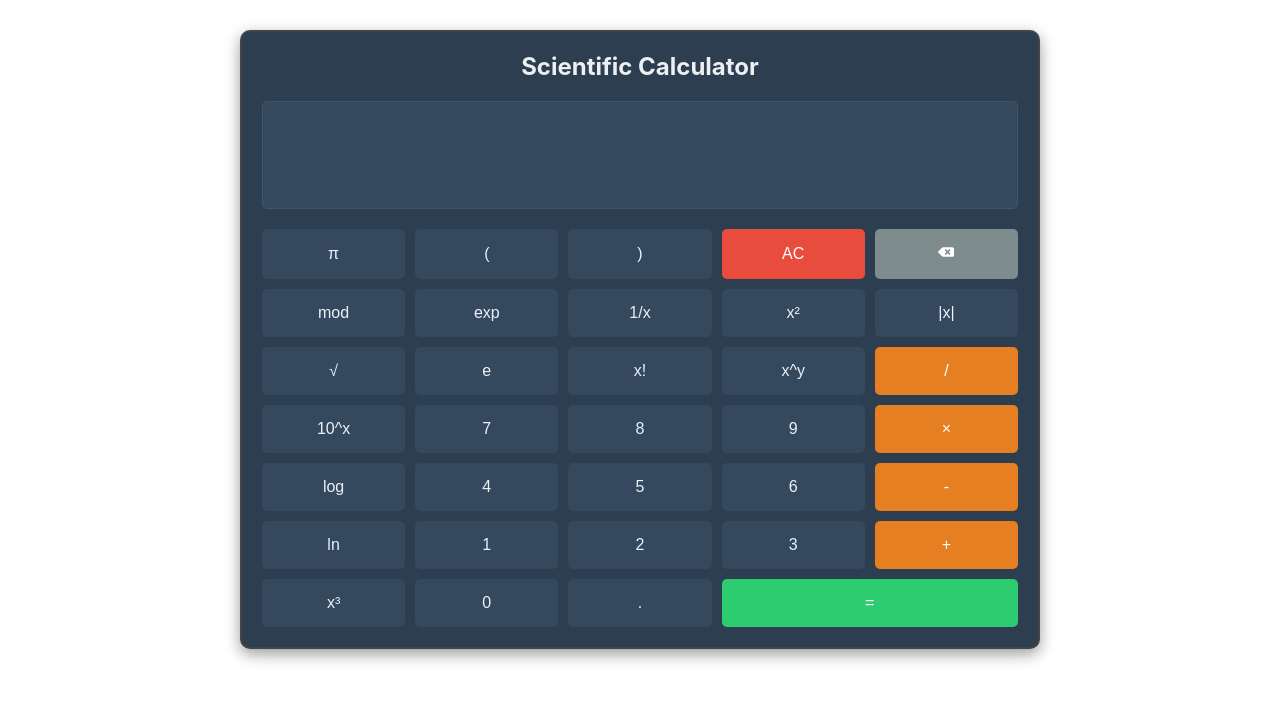
Repository: thesaherriaz/Calculator-React
Page: /
These files come from the project's save history. The page is drawn as it stood at one moment and after a run of saves; the edit follows.
The browser window is 1280 px wide. The pictures show the whole page.
The project was rebuilt for these pictures with package versions that can differ from the ones it lists, and the page was loaded fresh each time.

Above is the page before, as saved 2025-06-20 12:55:05.

### public/index.html
<!DOCTYPE html>
<html lang="en">
  <head>
    <meta charset="utf-8" />
    <link rel="icon" href="%PUBLIC_URL%/favicon.ico" />
    <meta name="viewport" content="width=device-width, initial-scale=1" />
    <meta name="theme-color" content="#000000" />
    <meta
      name="description"
      content="Web site created using create-react-app"
    />
    <link rel="apple-touch-icon" href="%PUBLIC_URL%/logo192.png" />
    <link rel="stylesheet" href="https://cdnjs.cloudflare.com/ajax/libs/font-awesome/6.0.0/css/all.min.css">
    <!--
      manifest.json provides metadata used when your web app is installed on a
      user's mobile device or desktop. See https://developers.google.com/web/fundamentals/web-app-manifest/
    -->
    <link rel="manifest" href="%PUBLIC_URL%/manifest.json" />
    <!--
      Notice the use of %PUBLIC_URL% in the tags above.
      It will be replaced with the URL of the `public` folder during the build.
      Only files inside the `public` folder can be referenced from the HTML.

      Unlike "/favicon.ico" or "favicon.ico", "%PUBLIC_URL%/favicon.ico" will
      work correctly both with client-side routing and a non-root public URL.
      Learn how to configure a non-root public URL by running `npm run build`.
    -->
    <title>React App</title>
  </head>
  <body>
    <noscript>You need to enable JavaScript to run this app.</noscript>
    <div id="root"></div>
    <!--
      This HTML file is a template.
      If you open it directly in the browser, you will see an empty page.

      You can add webfonts, meta tags, or analytics to this file.
      The build step will place the bundled scripts into the <body> tag.

      To begin the development, run `npm start` or `yarn start`.
      To create a production bundle, use `npm run build` or `yarn build`.
    -->
  </body>
</html>

### src/App.js
import React from 'react'
import Calculator from './compnents/Calculator'

function App() {
  return (
    <Calculator />
  )
}

export default App

### src/compnents/Calculator.jsx
import React, { useState } from 'react';
import './Calculator.css';
import { FaBackspace } from "react-icons/fa";

function Calculator() {
    const [input, setInput] = useState('');
    const [result, setResult] = useState('');

    const handleClick = (value) => {
        if (value === 'AC') {
            setInput('');
            setResult('');
        } else if (value === 'DEL') {
            setInput(prev => prev.slice(0, -1));
        } else if (value === '=') {
            calculateResult();
        } else if (value === '√') {
            setInput(prev => `Math.sqrt(${prev})`);
        } else if (value === 'x²') {
            setInput(prev => `Math.pow(${prev},2)`);
        } else if (value === 'x³') {
            setInput(prev => `Math.pow(${prev},3)`);
        } else if (value === 'x^y') {
            setInput(prev => `${prev}^`);
        } else if (value === '1/x') {
            setInput(prev => `1/(${prev})`);
        } else if (value === 'log') {
            setInput(prev => `Math.log10(${prev})`);
        } else if (value === 'ln') {
            setInput(prev => `Math.log(${prev})`);
        } else if (value === 'π') {
            setInput(prev => prev + 'Math.PI');
        } else if (value === 'e') {
            setInput(prev => prev + 'Math.E');
        } else if (value === '10^x') {
            setInput(prev => `Math.pow(10,${prev})`);
        } else if (value === 'x!') {
            setInput(prev => `factorial(${prev})`);
        } else {
            setInput(prev => prev + value);
        }
    };

    const factorial = (n) => {
        if (n < 0) return NaN;
        if (n <= 1) return 1;
        return n * factorial(n - 1);
    };

    const calculateResult = () => {
        try {
            // Replace ^ with ** for exponentiation
            let expression = input.replace(/\^/g, '**');
            // Evaluate the expression
            setResult(eval(expression).toString());
        } catch (error) {
            setResult('Error');
        }
    };

    return (
        <div className="calculator">
            <h1>Scientific Calculator</h1>
            <div className="display">
                <div className="input">{input}</div>
                <div className="result">{result}</div>
            </div>
            <div className="buttons">
                <button onClick={() => handleClick('π')}>π</button>
                <button onClick={() => handleClick('(')}>(</button>
                <button onClick={() => handleClick(')')}>)</button>
                <button onClick={() => handleClick('AC')} className="clear">AC</button>
                <button onClick={() => handleClick('DEL')} className="delete"><FaBackspace /></button>

                <button onClick={() => handleClick('mod')}>mod</button>
                <button onClick={() => handleClick('exp')}>exp</button>
                <button onClick={() => handleClick('1/x')}>1/x</button>
                <button onClick={() => handleClick('x²')}>x²</button>
                <button onClick={() => handleClick('Math.abs()')}>|x|</button>

                <button onClick={() => handleClick('√')}>√</button>
                <button onClick={() => handleClick('e')}>e</button>
                <button onClick={() => handleClick('x!')}>x!</button>
                <button onClick={() => handleClick('x^y')}>x^y</button>
                <button className="operator" onClick={() => handleClick('/')}>/</button>

                <button onClick={() => handleClick('10^x')}>10^x</button>
                <button onClick={() => handleClick('7')}>7</button>
                <button onClick={() => handleClick('8')}>8</button>
                <button onClick={() => handleClick('9')}>9</button>
                <button className="operator" onClick={() => handleClick('*')}>×</button>

                <button onClick={() => handleClick('log')}>log</button>
                <button onClick={() => handleClick('4')}>4</button>
                <button onClick={() => handleClick('5')}>5</button>
                <button onClick={() => handleClick('6')}>6</button>
                <button className="operator" onClick={() => handleClick('-')}>-</button>

                <button onClick={() => handleClick('ln')}>ln</button>

                <button onClick={() => handleClick('1')}>1</button>
                <button onClick={() => handleClick('2')}>2</button>
                <button onClick={() => handleClick('3')}>3</button>
                <button className="operator" onClick={() => handleClick('+')}>+</button>

                <button onClick={() => handleClick('x³')}>x³</button>
                <button onClick={() => handleClick('0')}>0</button>
                <button onClick={() => handleClick('.')}>.</button>
                <button className="equals" onClick={() => handleClick('=')}>=</button>
            </div>
        </div>
    );
}

export default Calculator;

### src/compnents/Calculator.css
*{
    box-sizing: border-box;
    margin: 0;
    padding: 0;
}
.calculator {
    width: 800px;
    margin: 30px auto 0px auto;
    border: 2px solid #444;
    border-radius: 10px;
    padding: 20px;
    background-color: #2c3e50;
    box-shadow: 0 5px 15px rgba(0, 0, 0, 0.4);
    color: white;
}

.calculator h1 {
    text-align: center;
    color: #ecf0f1;
    margin-bottom: 20px;
    font-size: 1.5em;
}

.display {
    background-color: #34495e;
    border: 1px solid #3d566e;
    border-radius: 5px;
    padding: 15px;
    margin-bottom: 20px;
    text-align: right;
    min-height: 70px;
}

.input {
    font-size: 1.2em;
    color: #bdc3c7;
    min-height: 1.2em;
    margin-bottom: 10px;
    word-wrap: break-word;
}

.result {
    font-size: 1.8em;
    font-weight: bold;
    color: #ecf0f1;
    min-height: 1.5em;
    word-wrap: break-word;
}

.buttons {
    display: grid;
    grid-template-columns: repeat(5, 1fr);
    grid-gap: 10px;
}

button {
    padding: 15px;
    font-size: 1em;
    border: none;
    border-radius: 5px;
    background-color: #34495e;
    color: #ecf0f7;
    cursor: pointer;
    transition: all 0.2s;
}

button:hover {
    background-color: #3d566e;
}

button:active {
    transform: scale(0.95);
}

.operator {
    background-color: #e67e22;
    color: white;
}

.operator:hover {
    background-color: #d35400;
}

.clear {
    background-color: #e74c3c;
    color: white;
}

.clear:hover {
    background-color: #c0392b;
}

.delete {
    background-color: #7f8c8d;
    color: white;
}

.delete:hover {
    background-color: #95a5a6;
}

.equals {
    background-color: #2ecc71;
    color: white;
    grid-column: span 2;
}

.equals:hover {
    background-color: #27ae60;
}

/* Scientific buttons
button:nth-child(1),
button:nth-child(2),
button:nth-child(3),
button:nth-child(4),
button:nth-child(5),
button:nth-child(6),
button:nth-child(11),
button:nth-child(12),
button:nth-child(13),
button:nth-child(14),
button:nth-child(19),
button:nth-child(20),
button:nth-child(21) {
    background-color: #3498db;
}

button:nth-child(1):hover,
button:nth-child(2):hover,
button:nth-child(3):hover,
button:nth-child(4):hover,
button:nth-child(5):hover,
button:nth-child(6):hover,
button:nth-child(11):hover,
button:nth-child(12):hover,
button:nth-child(13):hover,
button:nth-child(14):hover,
button:nth-child(19):hover,
button:nth-child(20):hover,
button:nth-child(21):hover {
    background-color: #2980b9;
} */

Loaded but not shown: src/index.js (common file); src/index.css (common file); src/reportWebVitals.js (common file)

After the next 2 saves:
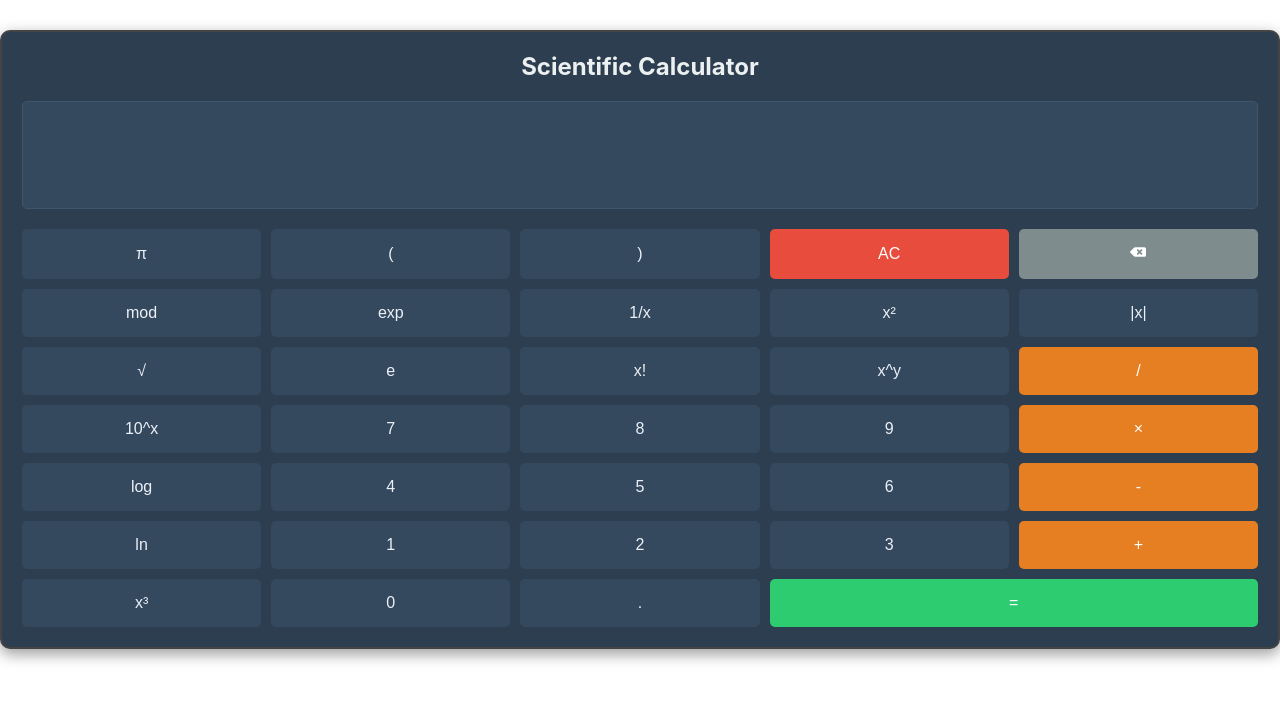
The 2 saves are shown as one change because they came seconds apart.
The last was saved 14 s later.
--- a/src/compnents/Calculator.css
+++ b/src/compnents/Calculator.css
@@ -4,7 +4,7 @@
     padding: 0;
 }
 .calculator {
-    width: 800px;
+    width: 100%;
     margin: 30px auto 0px auto;
     border: 2px solid #444;
     border-radius: 10px;
